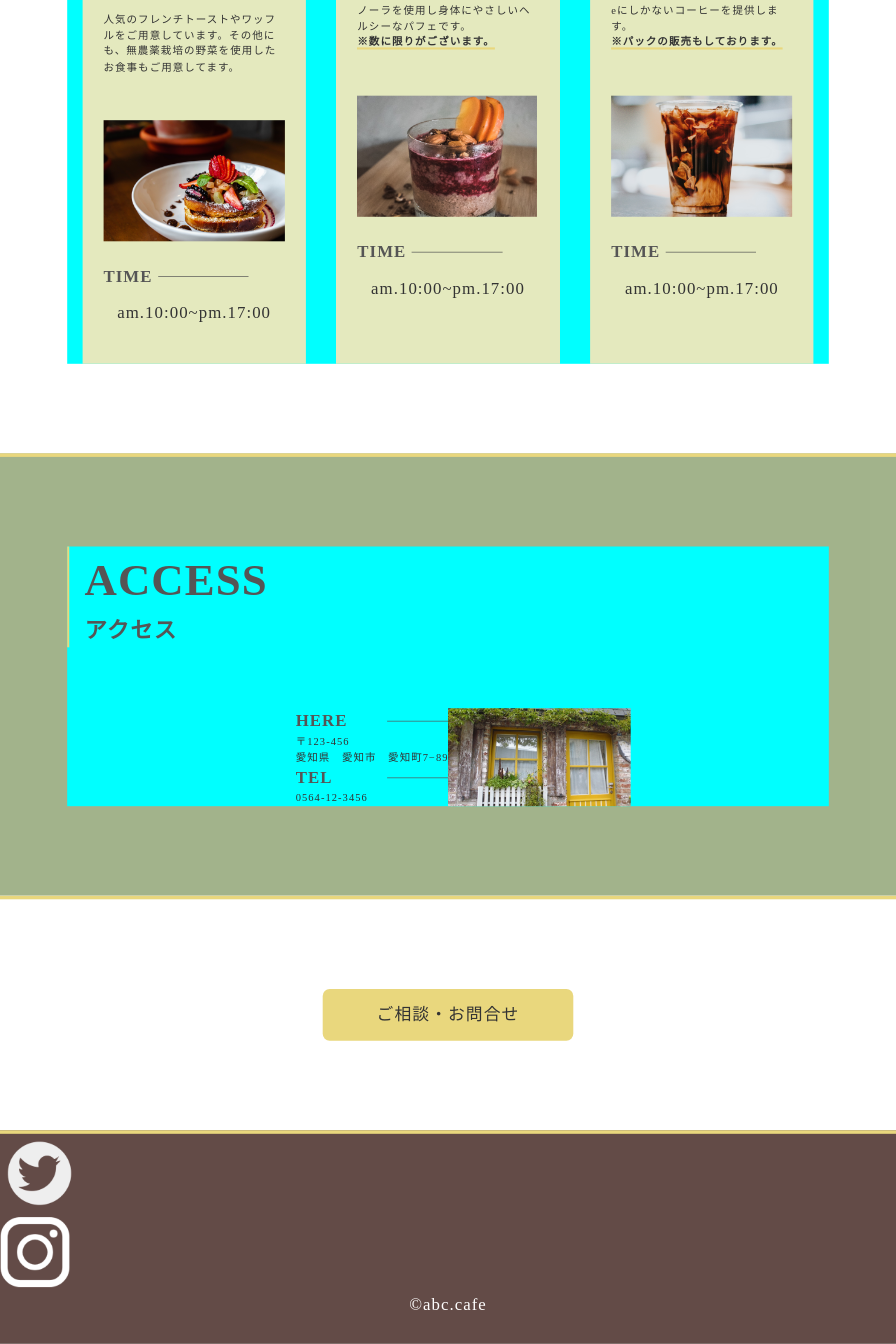
Repository: nozomi-23/lp1_test
Page: index.html
An editor plug-in stored every save of this project. The page is shown before and after the next save, followed by the edit.
The browser window is 1280 px wide. The pictures show the part of the page from y = 3574 to 5494 px (the page is 5494 px tall), at 70% of full size.

Above is the page before, as saved 2022-06-08 23:01:33.

After the next save:
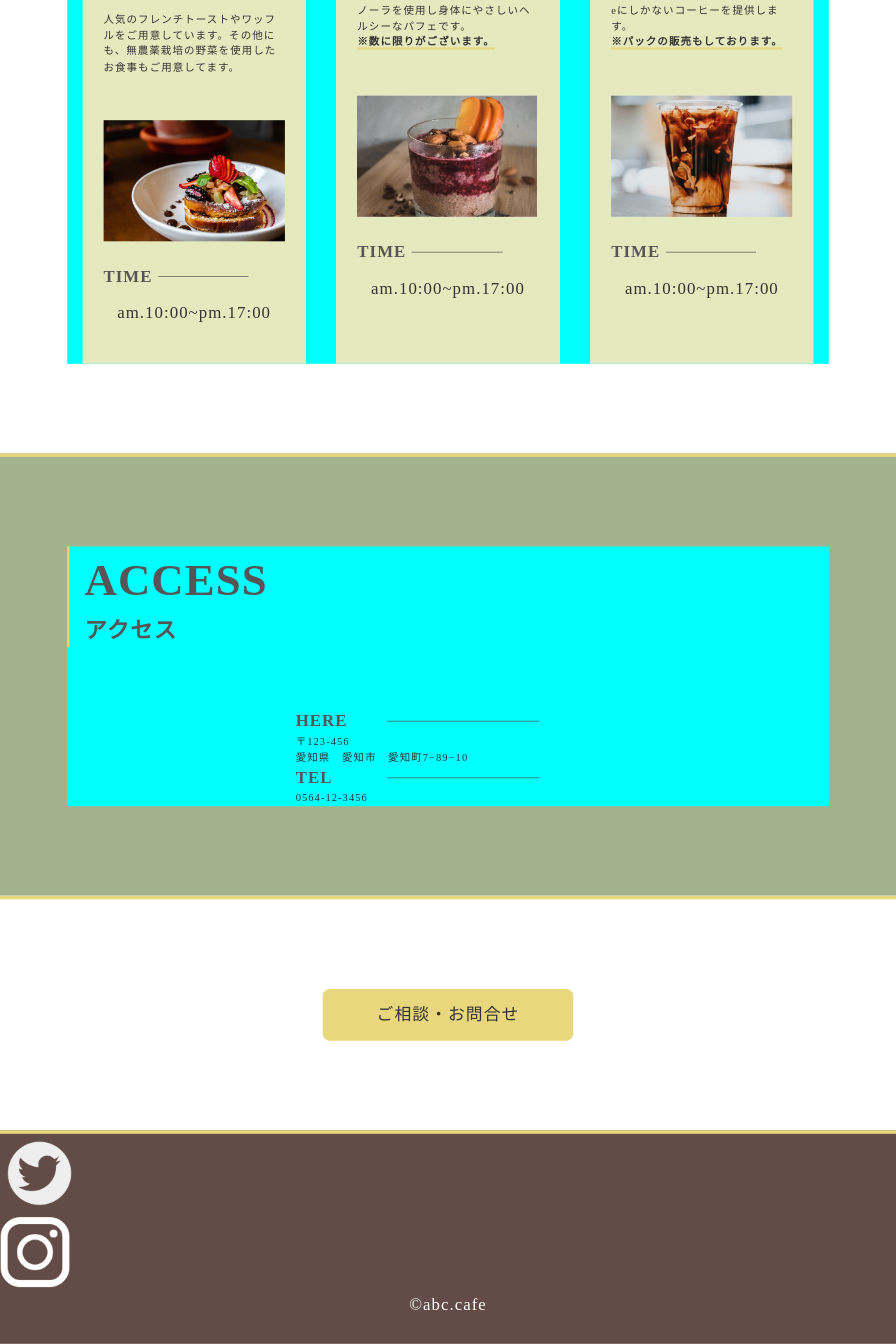
Saved 2 min 59 s later.
--- a/css/common.css
+++ b/css/common.css
@@ -234,16 +234,7 @@ access
   width: 40%;
   position: relative;
 }
-.access_ferm::after {
-  content: "";
-  position: absolute;
-  width: 60%;
-  height: 100%;
-  top: 0;
-  left: 50%;
-  background: url(../img/access.png)no-repeat center;
-  background-size: cover;
-}
+
 /* =====================
 contact
 =========================*/
